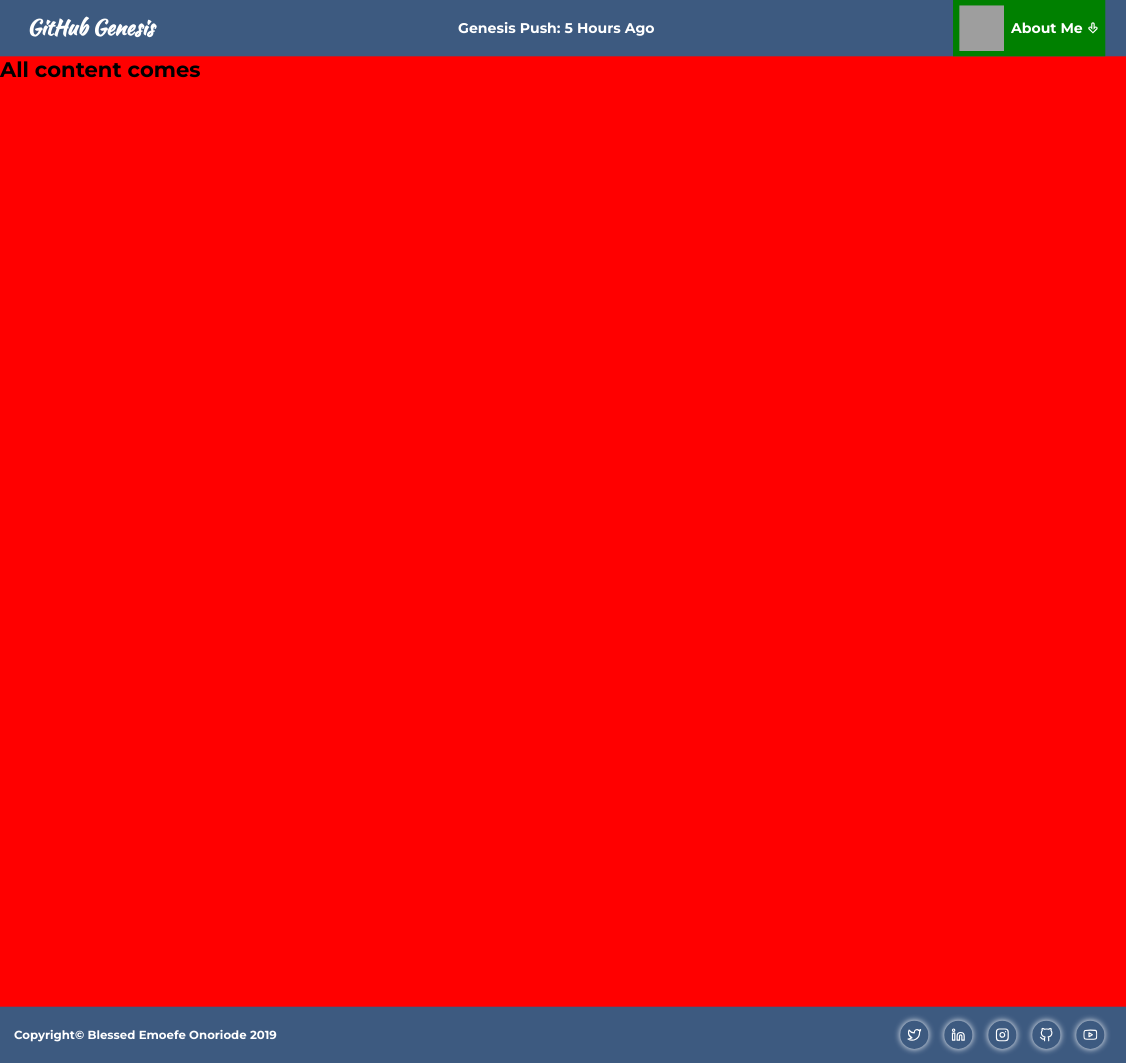
Repository: BlessedEmoefe/github-genesis
Page: /
An editor plug-in stored every save of this project. The page is shown before and after the next save, followed by the edit.
The browser window is 1280 px wide. The pictures show the whole page, at 88% of full size.
Pictures or frames that could not be fetched are drawn as grey boxes. The project was rebuilt for these pictures with package versions that can differ from the ones it lists, and the page was loaded fresh each time.

Above is the page before, as saved 2021-04-04 22:32:55.

After the next save:
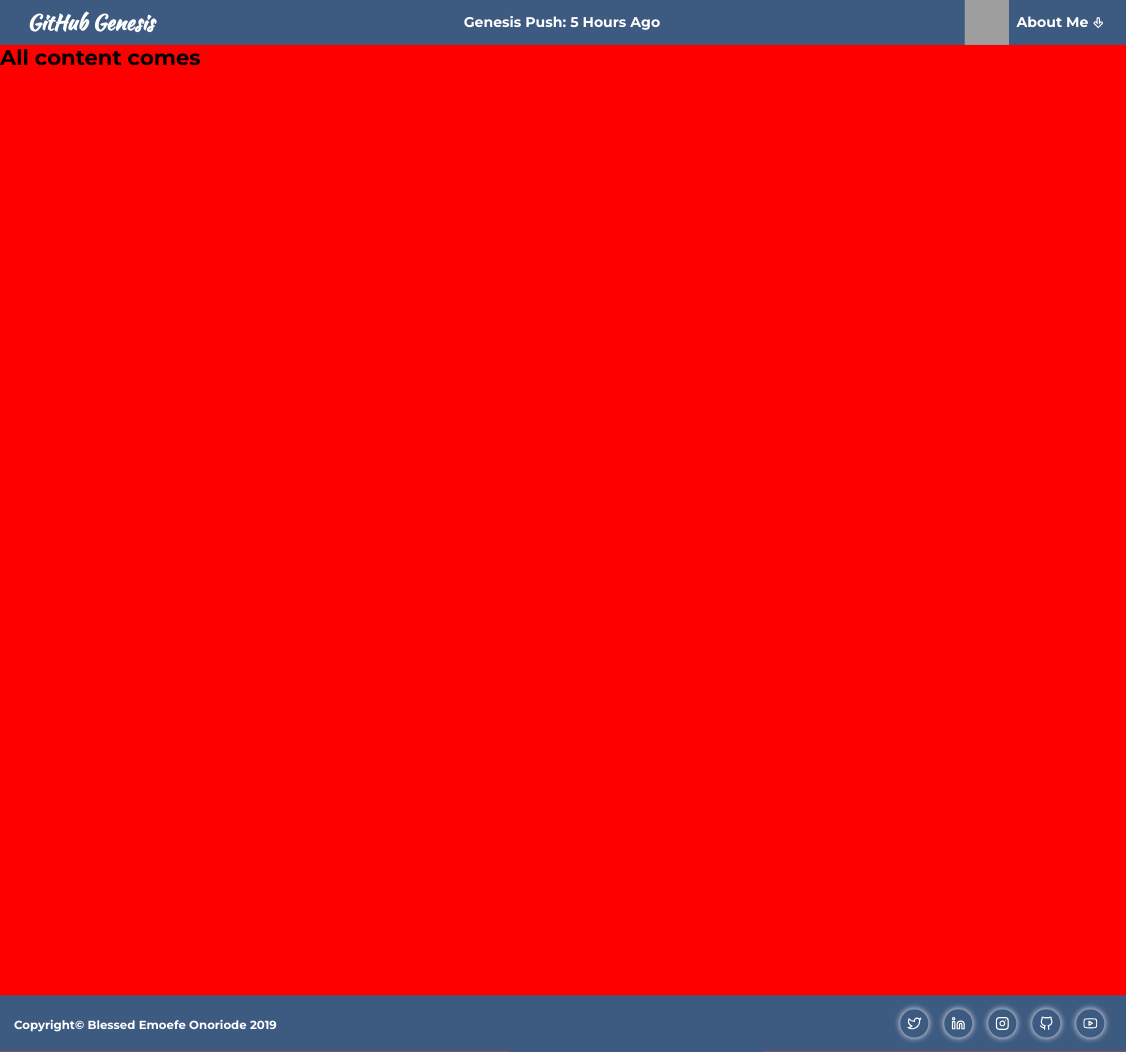
Saved 11 min 4 s later.
--- a/src/component/profile/styles.js
+++ b/src/component/profile/styles.js
@@ -4,12 +4,10 @@ import { color } from "../../config/colors";
 export const ProfileStyles = styled.div`
   height: 100%;
   width: max-content;
-  padding:0.4rem;
-  background:green;
-  z-index:3;
+  z-index: 1;
   cursor: pointer;
   .aboutContainer {
-     z-index: 3;
+     z-index: 1;
     display: flex;
     justify-content: space-around;
     align-items: center;
@@ -31,7 +29,7 @@ export const ProfileStyles = styled.div`
     }
   }
   .profileContentContainer {
-    z-index:-2;
+    z-index: -1;
     width: max-content;
     box-shadow: 1px 1px 3px rgba(0, 0, 0, 0.3), 0 1px 3px rgba(0, 0, 0, 0.2);
     right: 5px;
